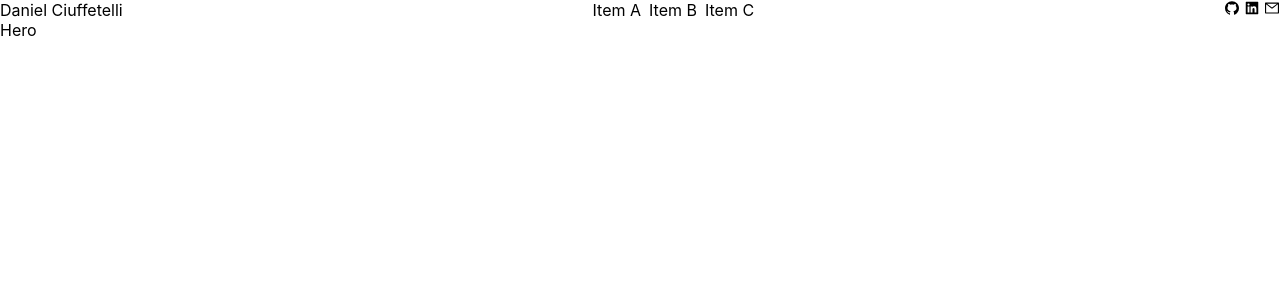
Repository: ciuffetelli/portfolio
Page: / (app in app/)
The author's editor kept a copy of each file at every save. The page is drawn from the files as they stood at one save, then again after the next save.
The browser window is 1280 px wide. The pictures show the whole page.
The project was rebuilt for these pictures with package versions that can differ from the ones it lists, and the page was loaded fresh each time. The framework's server and built-in components were replaced by stand-ins that run in the browser. Also part of the build but not shown: app/next.config.js.

Above is the page before, as saved 2022-12-04 13:59:03.

After the next save:
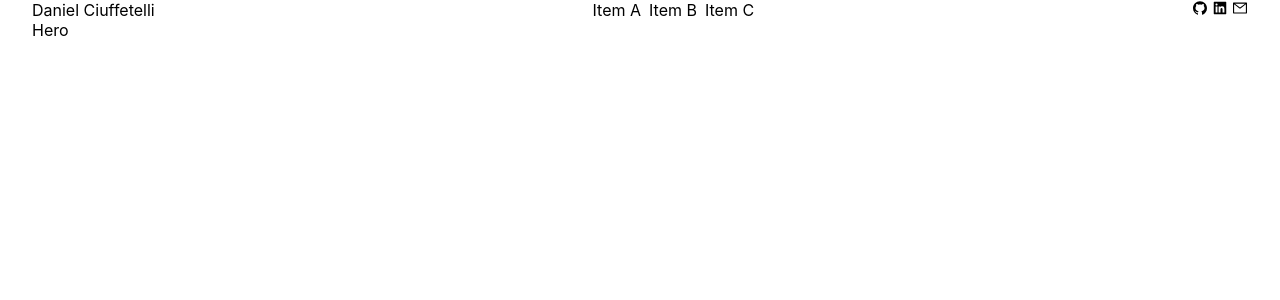
Saved 41 min 36 s later.
--- a/app/pages/index.tsx
+++ b/app/pages/index.tsx
@@ -86,4 +86,6 @@
   )
 }
 
-const Container = styled.div``
+const Container = styled.div`
+  padding: 0 2rem;
+`
